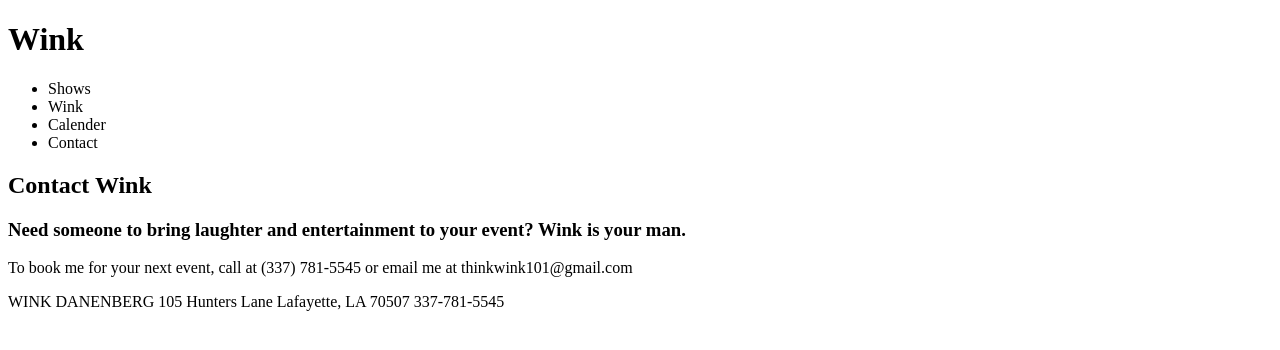
Repository: Sbethm/wink
Page: contact.html
The author's editor kept a copy of each file at every save. The page is drawn from the files as they stood at one save, then again after the next save.
The browser window is 1280 px wide. The pictures show the whole page.

Above is the page before, as saved 2021-09-08 14:34:25.

After the next save:
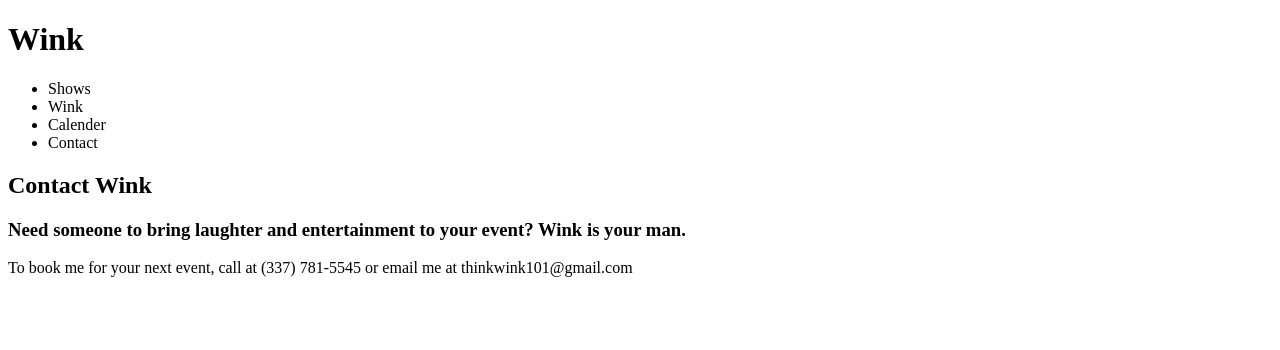
Saved 10 s later.
--- a/contact.html
+++ b/contact.html
@@ -26,7 +26,6 @@
             <h3 class="call-to-action">Need someone to bring laughter and entertainment to your event? Wink is your man.</h3>
             <p>To book me for your next event, call at (337) 781-5545 or email me at thinkwink101@gmail.com</p>
         </div>
-        WINK DANENBERG 105 Hunters Lane Lafayette, LA 70507 337-781-5545
     </main>
 </body>
 </html>
